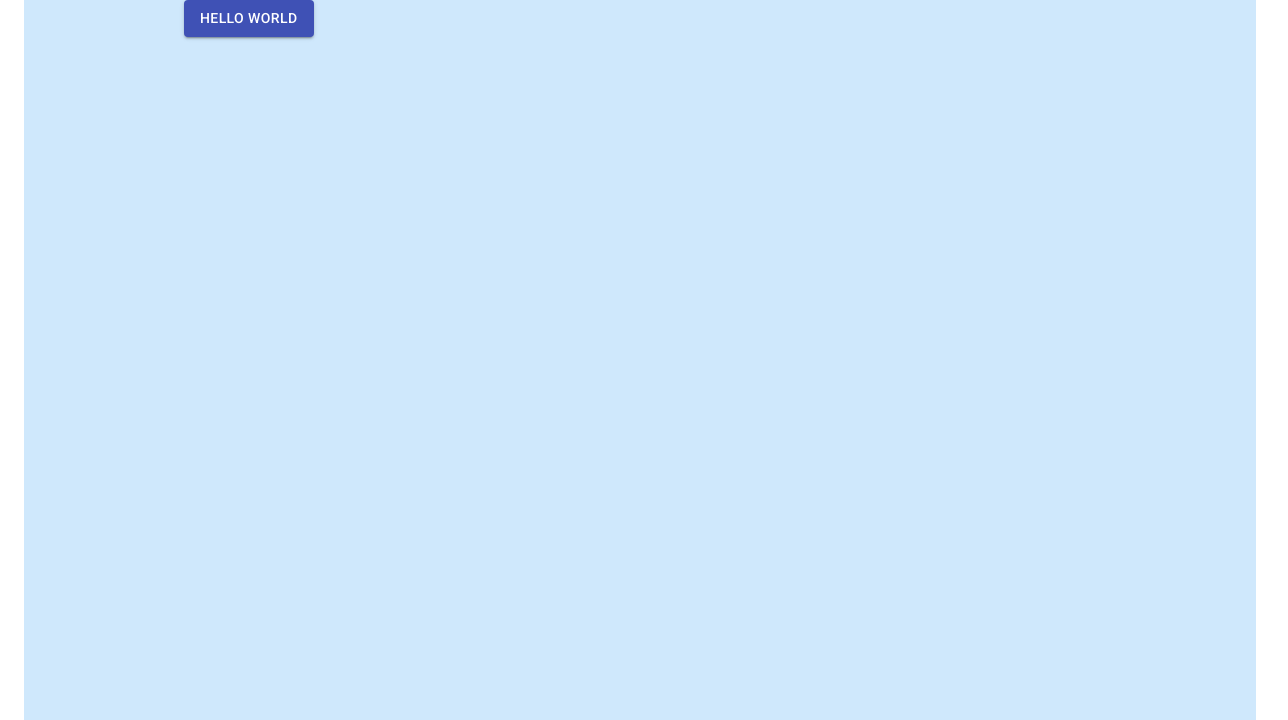
Repository: cherguiyacine/gitHubSearch
Page: /
An editor plug-in stored every save of this project. The page is shown before and after the next save, followed by the edit.
The browser window is 1280 px wide. The page is 1280 px wide, then 1288 px, so the pictures cover 1288 px, including what lies to the right of the window. The pictures show the whole page.
The project was rebuilt for these pictures with package versions that can differ from the ones it lists, and the page was loaded fresh each time. Also part of the build but not shown: src/Component/Layout/Navbar.js, src/Component/Users/UserItem.js, src/Component/Layout/Spinner.js, src/Component/Users/Users.js, src/Component/Users/Search.js, src/App.js.

Above is the page before, as saved 2019-11-21 23:35:57.

### public/index.html
<!DOCTYPE html>
<html lang="en">
  <head>
    <meta charset="utf-8" />
    <link rel="icon" href="%PUBLIC_URL%/favicon.ico" />
    <meta name="viewport" content="width=device-width, initial-scale=1" />
    <meta name="theme-color" content="#000000" />
    <meta
      name="description"
      content="Web site created using create-react-app"
    />
    <link rel="apple-touch-icon" href="logo192.png" />

    <link rel="manifest" href="%PUBLIC_URL%/manifest.json" />
    <link
      rel="stylesheet"
      href="https://cdnjs.cloudflare.com/ajax/libs/font-awesome/4.7.0/css/font-awesome.min.css"
    />
    <link
      rel="stylesheet"
      href="https://fonts.googleapis.com/css?family=Roboto:300,400,500,700&display=swap"
    />
    <link
      rel="stylesheet"
      href="https://fonts.googleapis.com/icon?family=Material+Icons"
    />

    <title>Yacine App</title>
  </head>
  <body>
    <noscript>You need to enable JavaScript to run this app.</noscript>
    <div id="root"></div>
  </body>
</html>

### src/index.js
import React from "react";
import ReactDOM from "react-dom";
import "./index.css";
import App from "./App";
import Authentification from "./Authentification";
import * as serviceWorker from "./serviceWorker";

ReactDOM.render(<Authentification />, document.getElementById("root"));

// If you want your app to work offline and load faster, you can change
// unregister() to register() below. Note this comes with some pitfalls.
// Learn more about service workers: https://bit.ly/CRA-PWA
serviceWorker.unregister();

### src/Authentification.js
import React, { Component } from "react";
import Button from "@material-ui/core/Button";
import { Box } from "@material-ui/core";
import CssBaseline from "@material-ui/core/CssBaseline";
import Typography from "@material-ui/core/Typography";
import Container from "@material-ui/core/Container";

export class Authentification extends Component {
  onClick = e => {
    e.preventDefault();

    console.log("hey");
  };
  render() {
    return (
      // //   <Box color='white' bgcolor='palevioletred' p={1}>
      // //   <Button variant='contained' color='primary'>
      // //     Hello World
      // //   </Button>
      // / </Box>
      <React.Fragment>
        <Container fixed>
          <Typography
            component='div'
            style={{ backgroundColor: "#cfe8fc", height: "100vh" }}
          >
            <Box component='span' m={20}>
              <Button
                onClick={this.onClick}
                variant='contained'
                color='primary'
              >
                Hello World
              </Button>
            </Box>
          </Typography>
        </Container>
      </React.Fragment>
    );
  }
}

export default Authentification;

Loaded but not shown: src/index.css (common file); src/serviceWorker.js (common file); src/App.css (common file)

After the next save:
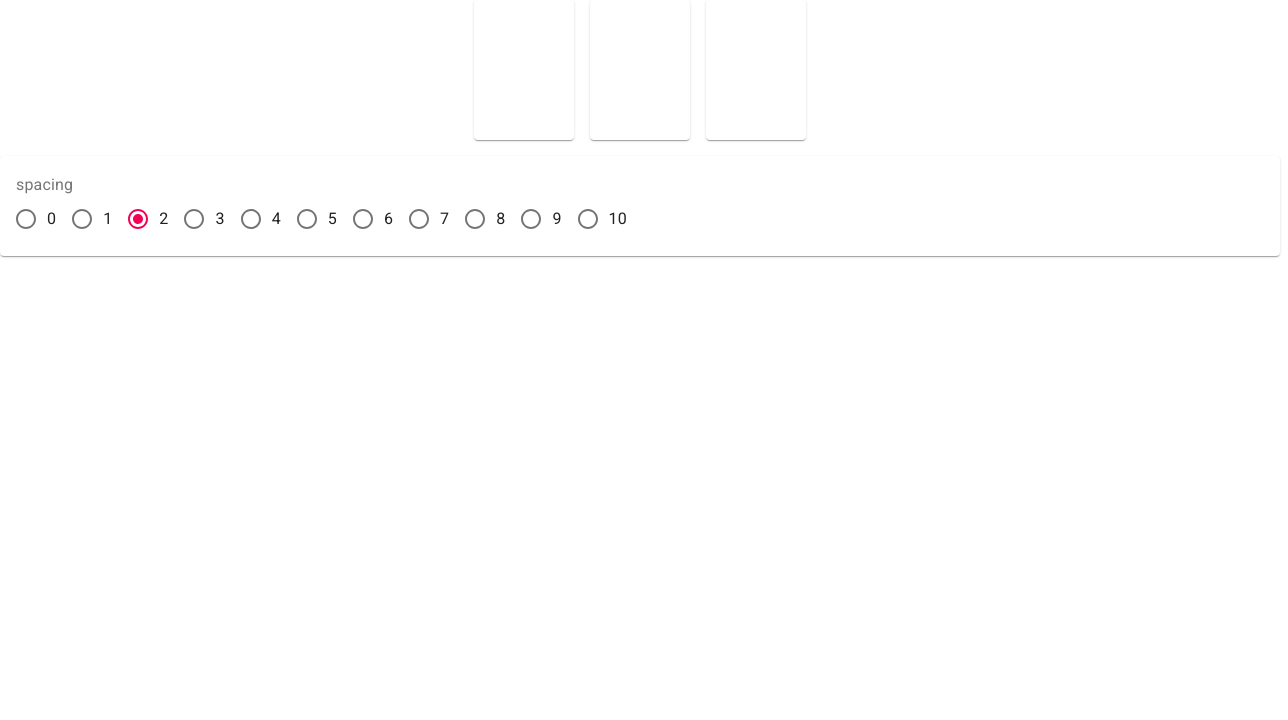
Saved 11 min 4 s later.
--- a/src/Authentification.js
+++ b/src/Authentification.js
@@ -1,43 +1,69 @@
-import React, { Component } from "react";
-import Button from "@material-ui/core/Button";
-import { Box } from "@material-ui/core";
-import CssBaseline from "@material-ui/core/CssBaseline";
-import Typography from "@material-ui/core/Typography";
-import Container from "@material-ui/core/Container";
+import React from "react";
+import { makeStyles } from "@material-ui/core/styles";
+import Grid from "@material-ui/core/Grid";
+import FormLabel from "@material-ui/core/FormLabel";
+import FormControlLabel from "@material-ui/core/FormControlLabel";
+import RadioGroup from "@material-ui/core/RadioGroup";
+import Radio from "@material-ui/core/Radio";
+import Paper from "@material-ui/core/Paper";
 
-export class Authentification extends Component {
-  onClick = e => {
-    e.preventDefault();
+const useStyles = makeStyles(theme => ({
+  root: {
+    flexGrow: 1
+  },
+  paper: {
+    height: 140,
+    width: 100
+  },
+  control: {
+    padding: theme.spacing(2)
+  }
+}));
 
-    console.log("hey");
+export default function SpacingGrid() {
+  const [spacing, setSpacing] = React.useState(2);
+  const classes = useStyles();
+
+  const handleChange = event => {
+    setSpacing(Number(event.target.value));
   };
-  render() {
-    return (
-      // //   <Box color='white' bgcolor='palevioletred' p={1}>
-      // //   <Button variant='contained' color='primary'>
-      // //     Hello World
-      // //   </Button>
-      // / </Box>
-      <React.Fragment>
-        <Container fixed>
-          <Typography
-            component='div'
-            style={{ backgroundColor: "#cfe8fc", height: "100vh" }}
-          >
-            <Box component='span' m={20}>
-              <Button
-                onClick={this.onClick}
-                variant='contained'
-                color='primary'
+
+  return (
+    <Grid container className={classes.root} spacing={2}>
+      <Grid item xs={12}>
+        <Grid container justify='center' spacing={spacing}>
+          {[0, 1, 2].map(value => (
+            <Grid key={value} item>
+              <Paper className={classes.paper} />
+            </Grid>
+          ))}
+        </Grid>
+      </Grid>
+      <Grid item xs={12}>
+        <Paper className={classes.control}>
+          <Grid container>
+            <Grid item>
+              <FormLabel>spacing</FormLabel>
+              <RadioGroup
+                name='spacing'
+                aria-label='spacing'
+                value={spacing.toString()}
+                onChange={handleChange}
+                row
               >
-                Hello World
-              </Button>
-            </Box>
-          </Typography>
-        </Container>
-      </React.Fragment>
-    );
-  }
+                {[0, 1, 2, 3, 4, 5, 6, 7, 8, 9, 10].map(value => (
+                  <FormControlLabel
+                    key={value}
+                    value={value.toString()}
+                    control={<Radio />}
+                    label={value.toString()}
+                  />
+                ))}
+              </RadioGroup>
+            </Grid>
+          </Grid>
+        </Paper>
+      </Grid>
+    </Grid>
+  );
 }
-
-export default Authentification;
